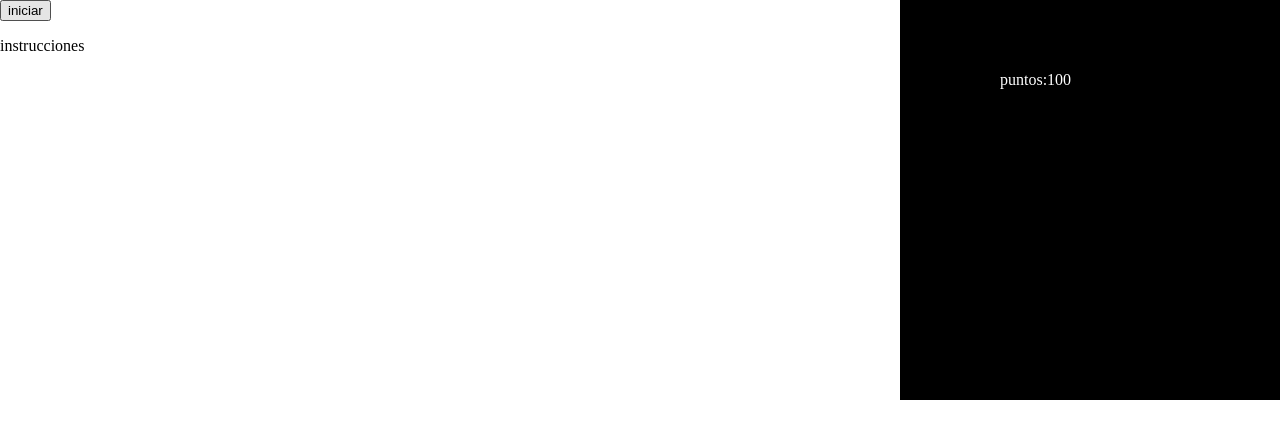
Repository: shiducai/trabajos-U.A.
Page: trabajo08/workspace/index.html
The author's editor kept a record of every edit. The page is drawn from the files as they stood at one moment, then again after the next edit.
The browser window is 1280 px wide. The pictures show the whole page.

Above is the page before.

### trabajo08/workspace/index.html
<html>
    <head>
        <script src="js/jquery-3.3.1.min.js"></script>

        <style >

           html, body{width:100%;height:100%;margin:0px;padding:0px;overflow:hidden;}

           #back{position:absolute;display: none}
           #teclas{position:absolute;display: none}
           #npc{position:absolute;display: none}
           #HUD{position:absolute;left: 900; background: black}


           #menuinstrucciones{display:none}
           #lose{display:none}
           #win{display:none}
           #marcador{position:absolute;left: 1000;color:white}


        </style>
    </head>
    <body>
        <div id="contenedor">
        <canvas id="back" width=800px height=1000px></canvas>
        <canvas id="teclas" width=800px height=1000px></canvas>
        <canvas id="npc" width=800px height=1000px></canvas>
        <canvas id="HUD" width=400px height=400px></canvas>
        </div>

        <div id="menuPrincipal">
            <button id ="iniciar">iniciar</button>
            <p id="instrucciones">instrucciones</p>
        </div>

       <div id="menuInstrucciones">
            pulsa la tecla correspondiente cuando el circulo que baja pase la linea negra y antes de que desaparezca
            <p id="volvermenu">volver al menu principal</p>
        </div>

        <div id= "win">

           <p id ="reiniciar">volver menu</p>
        </div>

        <div id= "lose">

           <p id ="reiniciar">volver menu</p>
        </div>

        <div id= "marcador">puntos:100</div>


        <script src="js/condicionesIniciales.js"></script>
        <script src="js/controles.js"></script>
        <script src="js/bucle.js"></script>


    </body>
</html>

### trabajo08/workspace/js/condicionesIniciales.js
///////////////////mapa y canvas//////////////


var contextoBack = document.getElementById("back").getContext("2d")
var imgEscenario = new Image();imgEscenario.src="imagenes/fondo.png"

var contextoTeclas = document.getElementById("teclas").getContext("2d")
var contextoNotas = document.getElementById("npc").getContext("2d")
var contextoHUD = document.getElementById("HUD").getContext("2d")

///////////////////////////////////////////
//////////img teclas///////////////////////


var imgQc = new Image();imgQc.src="imagenes/qc.png"

var imgWc = new Image();imgWc.src="imagenes/wc.png"

var imgEc = new Image();imgEc.src="imagenes/ec.png"

var imgRc = new Image();imgRc.src="imagenes/rc.png"

////////////////// control de teclas///////////
var presTecla = "";
var accion = true;


////////////////////////////////////////////////
///////////////notas////////////////////////////

var numeroNotas = 1;

var posxNotas = [155,306,488,636]
var notas = new Array()
var posy = 30
//var posx = new Array();
var posyNotas = new Array();
var puntosNotas = new Array();
var posx = new Array();
var probNotas = 0;
var dale = false;
/*var npc = new Array();
function notas(){
    this.posy ;
    this.posx ;

    this.posyNotas ;
    this.puntosNotas;



}
*/


////////////////////////////////////////////////
//////////general///////////////////////////////

var puntos = 100;
var tempo;
var contadorTiempo = 0;
var tiempo;
var miaudio = new Audio("sonido/awaken.mp3");

/////////////menus///////////////

$("#iniciar").click(function(){
    $("#menuPrincipal").fadeOut("slow")
    $("#back").fadeIn("slow")

    $("#npc").fadeIn("slow")
    miaudio.play();
    temporizador();
	anadir()
	contextoBack.drawImage(imgEscenario,0,0);
    //bucleJuego();

})

$(".reiniciar").click(function(){
   location.reload();


})

### trabajo08/workspace/js/controles.js
     $(document).keydown(function (event) {


               if (event.key == "q") {
                  if(dale == false){


                   accion = true;
                   presTecla="q";
                   dale = true;
                }

               }

                if (event.key == "w") {
                   if(dale == false){


                   accion = true;
                   presTecla="w";
                   dale = true;
                }
                }

                if (event.key == "e") {
                    if(dale == false){


                   accion = true;
                   presTecla="e";
                   dale = true;
                }
                }

                if (event.key == "r") {
                    if(dale == false){


                   accion = true;
                   presTecla="r";
                   dale = true;
                }
                }


            });
             $(document).keyup(function (event) {

                if (event.key == "q") { accion = false;presTecla="";dale = false}
                if (event.key == "w") { accion = false;presTecla="";dale = false}
                if (event.key == "e") { accion = false;presTecla="";dale = false}
                if (event.key == "r") { accion = false;presTecla="";dale = false}
            });

### trabajo08/workspace/js/bucle.js
function temporizador(){
    contadorTiempo++;
    clearTimeout(tiempo)
    tiempo = setTimeout("temporizador()",1000)
}

async function anadir(){
    setTimeout("anadir()",3000)
	var tipo = Math.round(Math.random()*3)
	switch (tipo){
	case 0:
	bucleJuego(imgQc,155,0)
	break;
	case 1:
	bucleJuego(imgWc,306,0)
	break;
	case 2:
	bucleJuego(imgEc,488,0)
	break;
	case 3:
	bucleJuego(imgRc,636,0)
	break;
	}

}

async function bucleJuego(img,x,y){
    var muerto = false
    contextoNotas.clearRect(x,y-3,x+img.width,y)
	//contextoNotas.clearRect(0, 0, document.getElementById("npc").width,document.getElementById("npc").height);
	if(accion == true && presTecla == "q"){
                   if(x == 155 && y < 1000 && y>915){
                       /*puntos +=puntosNotas[i]
                       posx.splice(i,1)
                       posyNotas.splice(i,1)
                       puntosNotas.splice(i,1)
                       numeroNotas-=1*/
                       puntos+= Math.round(Math.random()*100)
                       muerto = true;
                   }
               }

               if(accion == true && presTecla == "w"){
                   if(x == 306 && y < 1000 && y>915){
                        /*puntos +=puntosNotas[i]
                        posx.splice(i,1)
                        posyNotas.splice(i,1)
                        puntosNotas.splice(i,1)
                        numeroNotas-=1*/
                        puntos+= Math.round(Math.random()*100)
                        muerto = true;

                   }
               }
               if(accion == true && presTecla == "e"){
                   if(x == 488 && y < 1000 &&y>915){
                       /*puntos +=puntosNotas[i]
                       posx.splice(i,1)
                       posyNotas.splice(i,1)
                       puntosNotas.splice(i,1)
                       numeroNotas-=1*/
                       puntos+= Math.round(Math.random()*100)
                       muerto = true;
                   }
               }
               if(accion == true && presTecla == "r"){
                   if(x == 636 && y < 1000 && y>915){
                       /*puntos +=puntosNotas[i]
                       posx.splice(i,1)
                       posyNotas.splice(i,1)
                       puntosNotas.splice(i,1)
                       numeroNotas-=1*/
                       puntos+= Math.round(Math.random()*100)
                       muerto = true;
                   }


               }
               if( y > 1100){
                   muerto = true
                   puntos -=25
               }




                if(puntos <= 0){

                    $("#lose").fadeIn("slow")
                }
                if(contadorTiempo >= 197){
                    $("#win").fadeIn("slow")
                }

                document.getElementById("marcador").innerHTML = "puntuacion: "+puntos
		//contextoNotas.drawImage(img,x,y);
	y+=1;
	//setTimeout(function() { bucleJuego(img, x, y) },10)
	 console.log(contadorTiempo)
	 if(muerto == false && contadorTiempo <= 197&& puntos>=0){
                   contextoNotas.drawImage(img,x,y);
                   setTimeout(function() { bucleJuego(img, x, y) },10)


	 }
}

Loaded but not shown: trabajo08/workspace/js/jquery-3.3.1.min.js (library)

After the next edit:
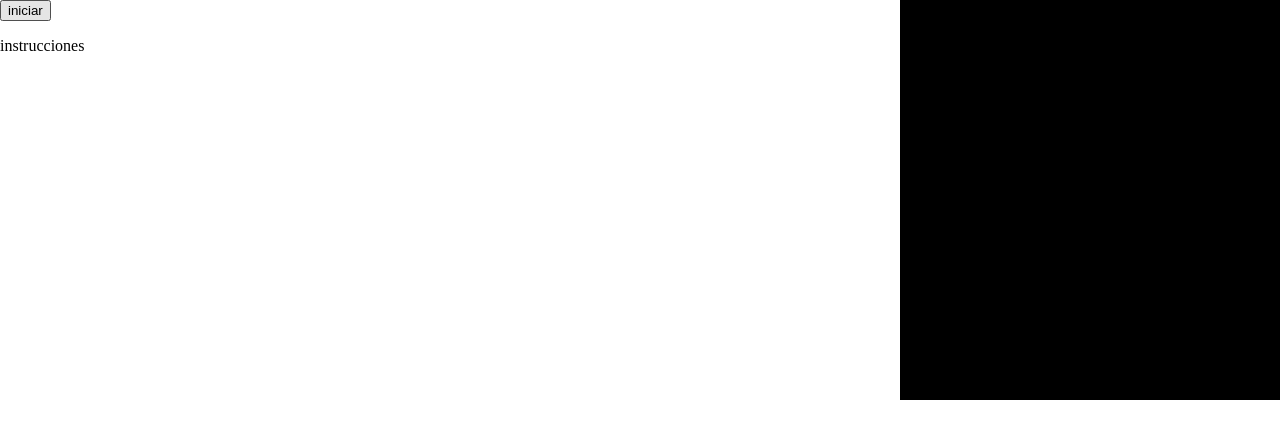
The edit:
--- a/trabajo08/workspace/index.html
+++ b/trabajo08/workspace/index.html
@@ -48,7 +48,7 @@
            <p id ="reiniciar">volver menu</p>
         </div>
 
-        <div id= "marcador">puntos:100</div>
+        <div id= "marcador"></div>
 
 
         <script src="js/condicionesIniciales.js"></script>
